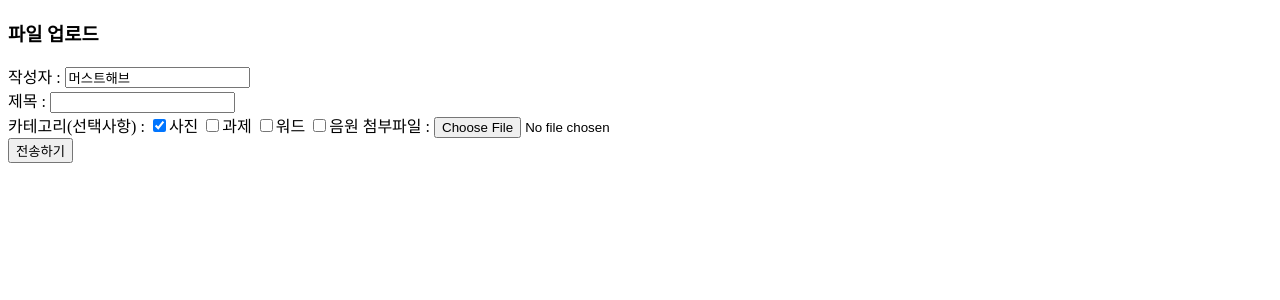
Repository: SteelIndustry/neo
Page: http://localhost/HelloWorld/12FileUpload/FileUploadMain.jsp
These files come from the project's save history. The page is drawn as it stood at one moment and after a run of saves; the edit follows.
The browser window is 1280 px wide. The pictures show the whole page.
The page is served by Tomcat 9. Other server files are loaded and not shown.

Above is the page before, as saved 2022-09-13 06:16:44.

### WebJSP/HelloWorld/WebContent/12FileUpload/FileUploadMain.jsp
<%@ page language="java" contentType="text/html; charset=UTF-8"
    pageEncoding="UTF-8"
    trimDirectiveWhitespaces="true"%>
<%@ taglib prefix="c" uri="http://java.sun.com/jsp/jstl/core" %>
<!DOCTYPE html>
<html>
<head>
<meta charset="UTF-8">
<title>FileUpload</title>
</head>
<script>
	function validateForm(form) {
		if (form.name.value == "") {
			alert("작성자를 입력하세요.");
			form.name.focus();
			return false;
		}
		if (form.title.value == "")
		{
			alert("제목을 입력하세요.");
			form.title.focus();
			return false;
		}
		if (form.attachedFile.value == "")
		{
			alert("첨부파일은 필수 입력입니다.");
			return false;
		}
	}
</script>
<body>
	<h3>파일 업로드</h3>
	<span style="color: red;">${errorMessage }</span>
	<form name="fileForm" method="post" enctype="multipart/form-data"
		  action="UploadProcess.jsp" onsubmit="return validateForm(this);">
		작성자 : <input type="text" name="name" value="머스트해브" /> <br />
		제목 : <input type="text" name="title" /> <br />
		카테고리(선택사항) :
			<input type="checkbox" name="cate" value="사진" checked/>사진
			<input type="checkbox" name="cate" value="과제" />과제
			<input type="checkbox" name="cate" value="워드" />워드
			<input type="checkbox" name="cate" value="음원" />음원
		첨부파일 : <input type="file" name="attachedFile" /> <br />
		<input type="submit" value="전송하기" />

	</form>
</body>
</html>

After the next 3 saves:
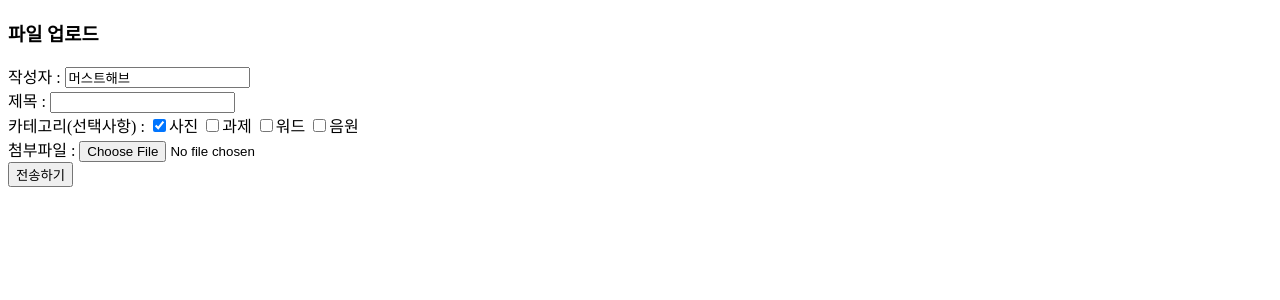
The 3 saves are shown as one change because 2 did not build or start.
The last was saved 21 min 1 s later.
--- a/WebJSP/HelloWorld/WebContent/12FileUpload/FileUploadMain.jsp
+++ b/WebJSP/HelloWorld/WebContent/12FileUpload/FileUploadMain.jsp
@@ -39,7 +39,7 @@
 			<input type="checkbox" name="cate" value="사진" checked/>사진
 			<input type="checkbox" name="cate" value="과제" />과제
 			<input type="checkbox" name="cate" value="워드" />워드
-			<input type="checkbox" name="cate" value="음원" />음원
+			<input type="checkbox" name="cate" value="음원" />음원 <br />
 		첨부파일 : <input type="file" name="attachedFile" /> <br />
 		<input type="submit" value="전송하기" />
 
